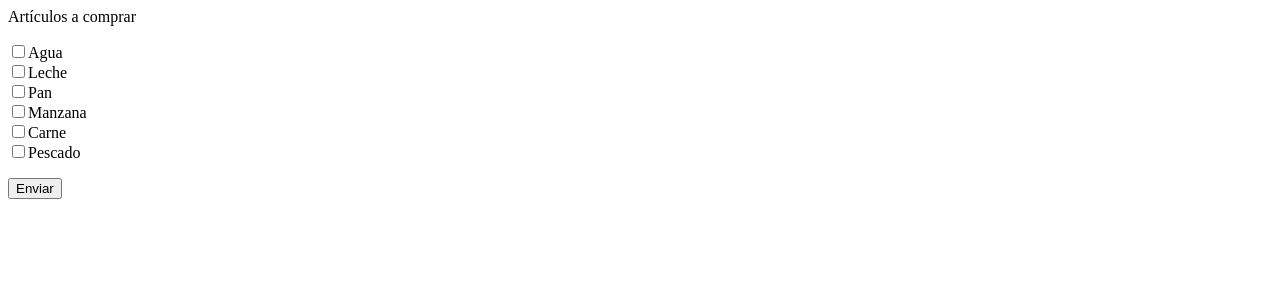
Repository: jchemile/varios
Page: http://localhost/Primeros_pasos_JSP/Lista_Compra.jsp
These files come from the project's save history. The page is drawn as it stood at one moment and after a run of saves; the edit follows.
The browser window is 1280 px wide. The pictures show the whole page.
The page is served by Tomcat 9.

Above is the page before, as saved 2020-04-21 16:28:14.

After the next 3 saves:
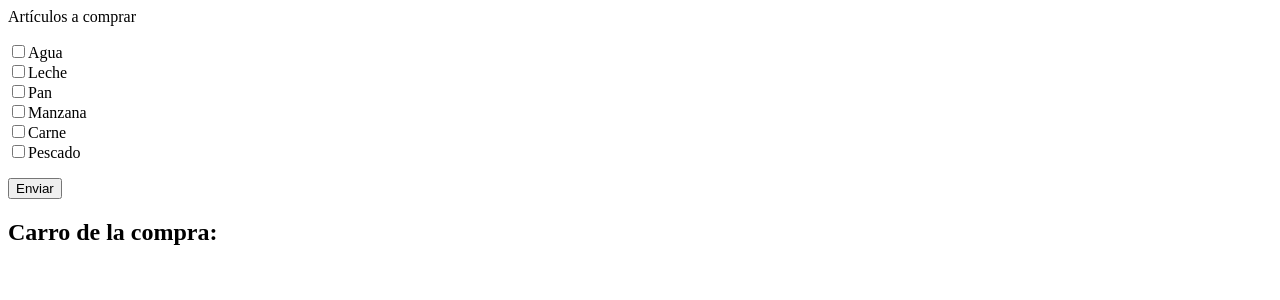
The 3 saves are shown as one change because 2 did not build or start.
The last was saved 14 min 26 s later.
--- a/pildoras_informaticas/javaee/Primeros_pasos_JSP/WebContent/Lista_Compra.jsp
+++ b/pildoras_informaticas/javaee/Primeros_pasos_JSP/WebContent/Lista_Compra.jsp
@@ -17,7 +17,22 @@
 <p>
 	<input type="submit" name="button" id="button" value="Enviar"><br>
 </p>
+</form>
 
-</form>
+<h2>Carro de la compra: </h2>
+
+<ul>
+<%
+String[] elementos = request.getParameterValues("articulos");
+
+if(elementos!=null){
+
+	for(String elemTemp: elementos){
+		out.println("<li>" + elemTemp + "<li>");
+	}
+}
+%>
+</ul>
+
 </body>
 </html>
